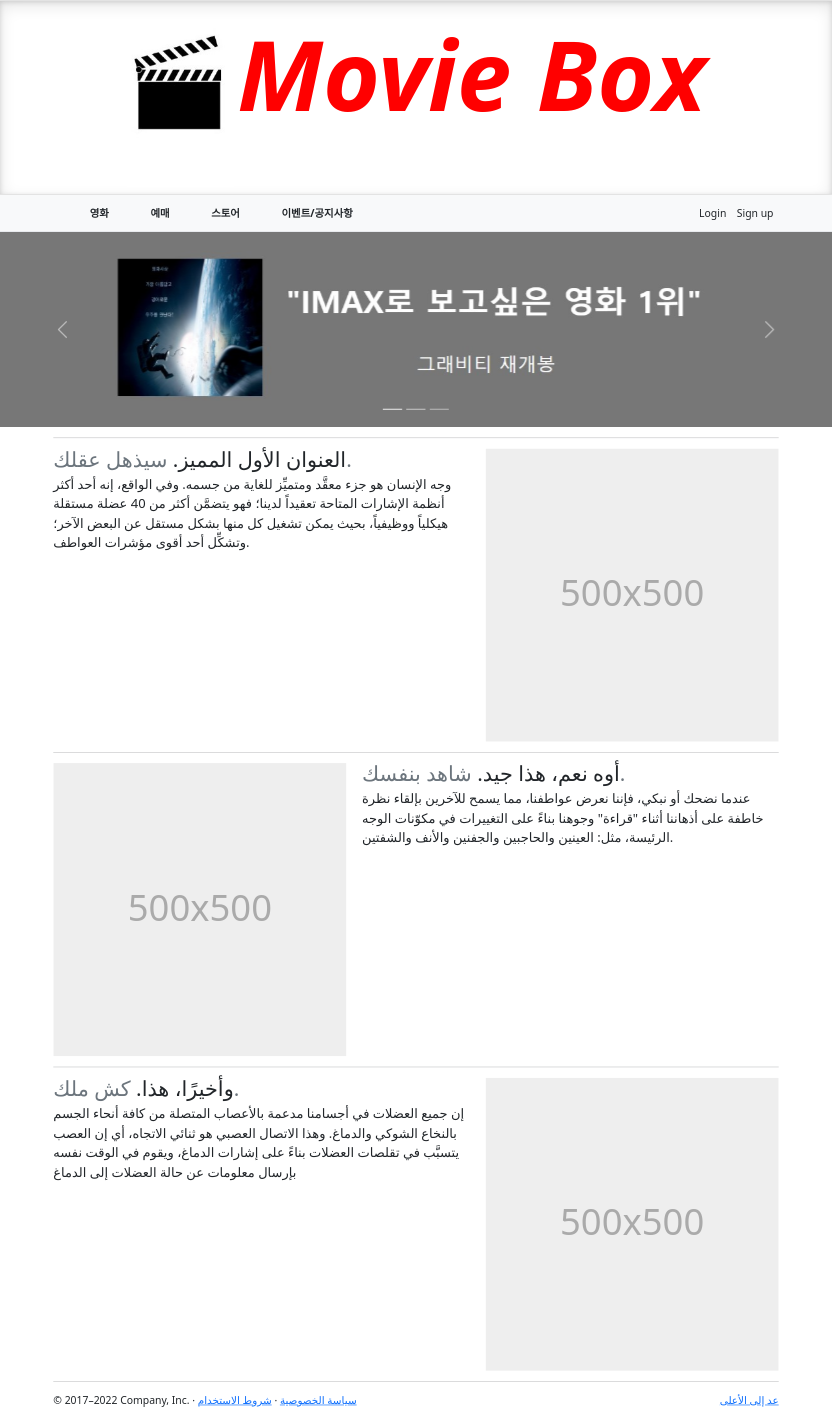
Repository: SpearManCN/MovieBox-2nd-Project-
Page: http://localhost/prj_01/WEB-INF/views/mainForm.jsp
The author's editor kept a copy of each file at every save. The page is drawn from the files as they stood at one save, then again after the next save.
The browser window is 1280 px wide. The pictures show the whole page, at 65% of full size.
The page is served by Tomcat 9. Nobody is signed in. Other server files are loaded and not shown. The template is opened directly, without the code that normally fills it, so the values that code supplies are empty.

Above is the page before, as saved 2022-12-12 14:27:20.

### Second project/prj_01/src/main/webapp/WEB-INF/views/mainForm.jsp
<%@ page language="java" contentType="text/html; charset=UTF-8"
    pageEncoding="UTF-8"%>
<!DOCTYPE html>
<html>
<head>
<meta name="viewport" content="width=device-width, initial-scale=1">
<meta charset="UTF-8">
<title>Insert title here</title>
<link href="https://cdn.jsdelivr.net/npm/bootstrap@5.2.3/dist/css/bootstrap.min.css" rel="stylesheet" integrity="sha384-rbsA2VBKQhggwzxH7pPCaAqO46MgnOM80zW1RWuH61DGLwZJEdK2Kadq2F9CUG65" crossorigin="anonymous">
 <style>

      .b-example-divider {
        height: 3rem;
        background-color: rgba(0, 0, 0, .1);
        border: solid rgba(0, 0, 0, .15);
        border-width: 1px 0;
        box-shadow: inset 0 .5em 1.5em rgba(0, 0, 0, .1), inset 0 .125em .5em rgba(0, 0, 0, .15);
      }
 .bd-placeholder-img {
        font-size: 1.125rem;
        text-anchor: middle;
        -webkit-user-select: none;
        -moz-user-select: none;
        user-select: none;
      }

      @media (min-width: 768px) {
        .bd-placeholder-img-lg {
          font-size: 3.5rem;
        }
      }
     .b-example-vr {
        flex-shrink: 0;
        width: 1.5rem;
        height: 100vh;
      }

      .bi {
        vertical-align: -.125em;
        fill: currentColor;
      }

      .nav-scroller {
        position: relative;
        z-index: 2;
        height: 2.75rem;
        overflow-y: hidden;
      }

      .nav-scroller .nav {
        display: flex;
        flex-wrap: nowrap;
        padding-bottom: 1rem;
        margin-top: -1px;
        overflow-x: auto;
        text-align: center;
        white-space: nowrap;
        -webkit-overflow-scrolling: touch;
      }
    </style>

</head>
<body>
<div style="height:300px; background-color: white;" class="b-example-divider" align="center" >

 <span style="cursor:pointer" onclick="alert('이동')"><img src="resources/img/movieBox2.jpg" >
 <Span  style="font-size: 150px; color:red; font-weight: bold ; font-style: italic;" >Movie Box</Span>

 </span></div>

  <nav class="py-2 bg-light border-bottom">
    <div class="container d-flex flex-wrap">
      <ul class="nav me-auto">
      <li class="nav-item">&emsp;&emsp;&emsp;</li>
        <li class="nav-item"><a href="#" class="nav-link link-dark px-2 active" aria-current="page" style="font-weight: bold ;" >영화</a></li>
         <li class="nav-item">&emsp;&emsp;&emsp;</li>
        <li class="nav-item"><a href="#" class="nav-link link-dark px-2" style="font-weight: bold ;">예매</a></li>
         <li class="nav-item">&emsp;&emsp;&emsp;</li>
        <li class="nav-item"><a href="#" class="nav-link link-dark px-2" style="font-weight: bold ;">스토어</a></li>
         <li class="nav-item">&emsp;&emsp;&emsp;</li>
        <li class="nav-item"><a href="#" class="nav-link link-dark px-2" style="font-weight: bold ;">이벤트/공지사항</a></li>

        <li class="nav-item"><a href="#" class="nav-link link-dark px-2" style="font-weight: bold ;"></a></li>
      </ul>
      <ul class="nav">
        <li class="nav-item"><a href="#" class="nav-link link-dark px-2">Login</a></li>
        <li class="nav-item"><a href="#" class="nav-link link-dark px-2">Sign up</a></li>
      </ul>
    </div>
  </nav>


   <div id="myCarousel" class="carousel slide" data-bs-ride="carousel" >
    <div class="carousel-indicators" >
      <button type="button" data-bs-target="#myCarousel" data-bs-slide-to="0" class="active" aria-current="true" aria-label="Slide 1"></button>
      <button type="button" data-bs-target="#myCarousel" data-bs-slide-to="1" aria-label="Slide 2"></button>
      <button type="button" data-bs-target="#myCarousel" data-bs-slide-to="2" aria-label="Slide 3"></button>
    </div>
    <div class="carousel-inner">


      <div class="carousel-item active" style="height:300px; " >
        <svg class="bd-placeholder-img" width="100%" height="100%" xmlns="http://www.w3.org/2000/svg" aria-hidden="true"  preserveAspectRatio="xMidYMid slice" focusable="false"><rect width="100%" height="100%" fill="#777"/></svg>

        <div class="container" >

          <div class="carousel-caption text-start" >

          <table>
          <tr>
          <td width="10%"></td>
          <td align="center" style="cursor:pointer" onclick="alert('이동');">

          <img src="resources/img/moviePic3.jpg" width="1030" height="230"></td>
          <td width="10%">
          </td>

          </table>


          </div>
        </div>
      </div>





      <div class="carousel-item" style="height:300px">
        <svg class="bd-placeholder-img" width="100%" height="100%" xmlns="http://www.w3.org/2000/svg" aria-hidden="true" preserveAspectRatio="xMidYMid slice" focusable="false"><rect width="100%" height="100%" fill="#777"/></svg>

        <div class="container">
          <div class="carousel-caption">

          <table>
          <tr>
          <td width="0%"></td>
          <td align="center" style="cursor:pointer" onclick="alert('이동');">

          <img src="resources/img/moviePic2.jpg" width="1030" height="230"></td>
          <td width="20%">
          </td>

          </table>



          </div>
        </div>
      </div>



      <div class="carousel-item" style="height:300px">
        <svg class="bd-placeholder-img" width="100%" height="100%" xmlns="http://www.w3.org/2000/svg" aria-hidden="true" preserveAspectRatio="xMidYMid slice" focusable="false"><rect width="100%" height="100%" fill="#777"/></svg>
        <div class="container">
          <div class="carousel-caption text-end">


          <table>
          <tr>
          <td width="20%"></td>
          <td align="center" style="cursor:pointer" onclick="alert('이동');">

          <img src="resources/img/moviePic1.jpg" width="830" height="230"></td>
          <td width="20%">
          </td>

          </table>



          </div>
        </div>
      </div>
    </div>



    <button class="carousel-control-prev" type="button" data-bs-target="#myCarousel" data-bs-slide="prev">
      <span class="carousel-control-prev-icon" aria-hidden="true"></span>
      <span class="visually-hidden">السابق</span>
    </button>
    <button class="carousel-control-next" type="button" data-bs-target="#myCarousel" data-bs-slide="next">
      <span class="carousel-control-next-icon" aria-hidden="true"></span>
      <span class="visually-hidden">التالي</span>
    </button>
  </div>

  <!-- Marketing messaging and featurettes
  ================================================== -->
  <!-- Wrap the rest of the page in another container to center all the content. -->

  <div class="container marketing">

    <!-- Three columns of text below the carousel -->


    <!-- START THE FEATURETTES -->

    <hr class="featurette-divider">

    <div class="row featurette">
      <div class="col-md-7">
        <h2 class="featurette-heading fw-normal lh-1">العنوان الأول المميز. <span class="text-muted"> سيذهل عقلك. </span></h2>
        <p class="lead">وجه الإنسان هو جزء معقَّد ومتميِّز للغاية من جسمه. وفي الواقع، إنه أحد أكثر أنظمة الإشارات المتاحة تعقيداً لدينا؛ فهو يتضمَّن أكثر من 40 عضلة مستقلة هيكلياً ووظيفياً، بحيث يمكن تشغيل كل منها بشكل مستقل عن البعض الآخر؛ وتشكِّل أحد أقوى مؤشرات العواطف.</p>
      </div>
      <div class="col-md-5">
        <svg class="bd-placeholder-img bd-placeholder-img-lg featurette-image img-fluid mx-auto" width="500" height="500" xmlns="http://www.w3.org/2000/svg" role="img" aria-label="Placeholder: 500x500" preserveAspectRatio="xMidYMid slice" focusable="false"><title>Placeholder</title><rect width="100%" height="100%" fill="#eee"/><text x="50%" y="50%" fill="#aaa" dy=".3em">500x500</text></svg>

      </div>
    </div>

    <hr class="featurette-divider">

    <div class="row featurette">
      <div class="col-md-7 order-md-2">
        <h2 class="featurette-heading fw-normal lh-1">أوه نعم، هذا جيد. <span class="text-muted"> شاهد بنفسك. </span></h2>
        <p class="lead">عندما نضحك أو نبكي، فإننا نعرض عواطفنا، مما يسمح للآخرين بإلقاء نظرة خاطفة على أذهاننا أثناء "قراءة" وجوهنا بناءً على التغييرات في مكوّنات الوجه الرئيسة، مثل: العينين والحاجبين والجفنين والأنف والشفتين.</p>
      </div>
      <div class="col-md-5 order-md-1">
        <svg class="bd-placeholder-img bd-placeholder-img-lg featurette-image img-fluid mx-auto" width="500" height="500" xmlns="http://www.w3.org/2000/svg" role="img" aria-label="Placeholder: 500x500" preserveAspectRatio="xMidYMid slice" focusable="false"><title>Placeholder</title><rect width="100%" height="100%" fill="#eee"/><text x="50%" y="50%" fill="#aaa" dy=".3em">500x500</text></svg>

      </div>
    </div>

    <hr class="featurette-divider">

    <div class="row featurette">
      <div class="col-md-7">
        <h2 class="featurette-heading fw-normal lh-1">وأخيرًا، هذا. <span class="text-muted"> كش ملك. </span></h2>
        <p class="lead">إن جميع العضلات في أجسامنا مدعمة بالأعصاب المتصلة من كافة أنحاء الجسم بالنخاع الشوكي والدماغ. وهذا الاتصال العصبي هو ثنائي الاتجاه، أي إن العصب يتسبَّب في تقلصات العضلات بناءً على إشارات الدماغ، ويقوم في الوقت نفسه بإرسال معلومات عن حالة العضلات إلى الدماغ</p>
      </div>
      <div class="col-md-5">
        <svg class="bd-placeholder-img bd-placeholder-img-lg featurette-image img-fluid mx-auto" width="500" height="500" xmlns="http://www.w3.org/2000/svg" role="img" aria-label="Placeholder: 500x500" preserveAspectRatio="xMidYMid slice" focusable="false"><title>Placeholder</title><rect width="100%" height="100%" fill="#eee"/><text x="50%" y="50%" fill="#aaa" dy=".3em">500x500</text></svg>

      </div>
    </div>

    <hr class="featurette-divider">

    <!-- /END THE FEATURETTES -->

  </div><!-- /.container -->


  <!-- FOOTER -->
  <footer class="container">
    <p class="float-end"><a href="#">عد إلى الأعلى</a></p>
    <p>&copy; 2017–2022 Company, Inc. &middot; <a href="#">سياسة الخصوصية</a> &middot; <a href="#">شروط الاستخدام</a></p>
  </footer>
</main>





<script src="https://cdn.jsdelivr.net/npm/bootstrap@5.2.3/dist/js/bootstrap.bundle.min.js" integrity="sha384-kenU1KFdBIe4zVF0s0G1M5b4hcpxyD9F7jL+jjXkk+Q2h455rYXK/7HAuoJl+0I4" crossorigin="anonymous"></script>
</body>
</html>

After the next save:
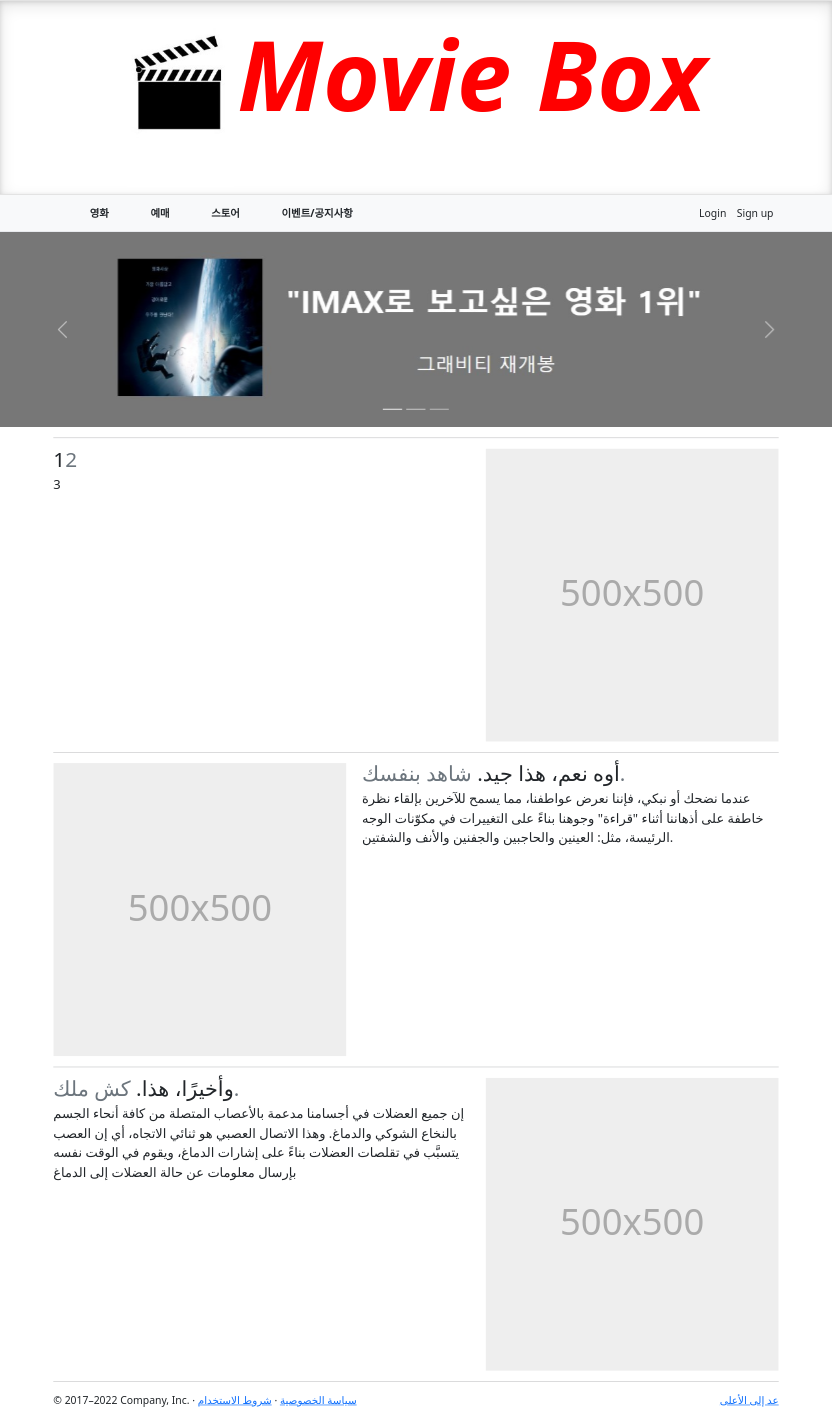
Saved 54 s later.
--- a/Second project/prj_01/src/main/webapp/WEB-INF/views/mainForm.jsp
+++ b/Second project/prj_01/src/main/webapp/WEB-INF/views/mainForm.jsp
@@ -202,8 +202,8 @@
 
     <div class="row featurette">
       <div class="col-md-7">
-        <h2 class="featurette-heading fw-normal lh-1">العنوان الأول المميز. <span class="text-muted"> سيذهل عقلك. </span></h2>
-        <p class="lead">وجه الإنسان هو جزء معقَّد ومتميِّز للغاية من جسمه. وفي الواقع، إنه أحد أكثر أنظمة الإشارات المتاحة تعقيداً لدينا؛ فهو يتضمَّن أكثر من 40 عضلة مستقلة هيكلياً ووظيفياً، بحيث يمكن تشغيل كل منها بشكل مستقل عن البعض الآخر؛ وتشكِّل أحد أقوى مؤشرات العواطف.</p>
+        <h2 class="featurette-heading fw-normal lh-1">1<span class="text-muted">2</span></h2>
+        <p class="lead">3</p>
       </div>
       <div class="col-md-5">
         <svg class="bd-placeholder-img bd-placeholder-img-lg featurette-image img-fluid mx-auto" width="500" height="500" xmlns="http://www.w3.org/2000/svg" role="img" aria-label="Placeholder: 500x500" preserveAspectRatio="xMidYMid slice" focusable="false"><title>Placeholder</title><rect width="100%" height="100%" fill="#eee"/><text x="50%" y="50%" fill="#aaa" dy=".3em">500x500</text></svg>
